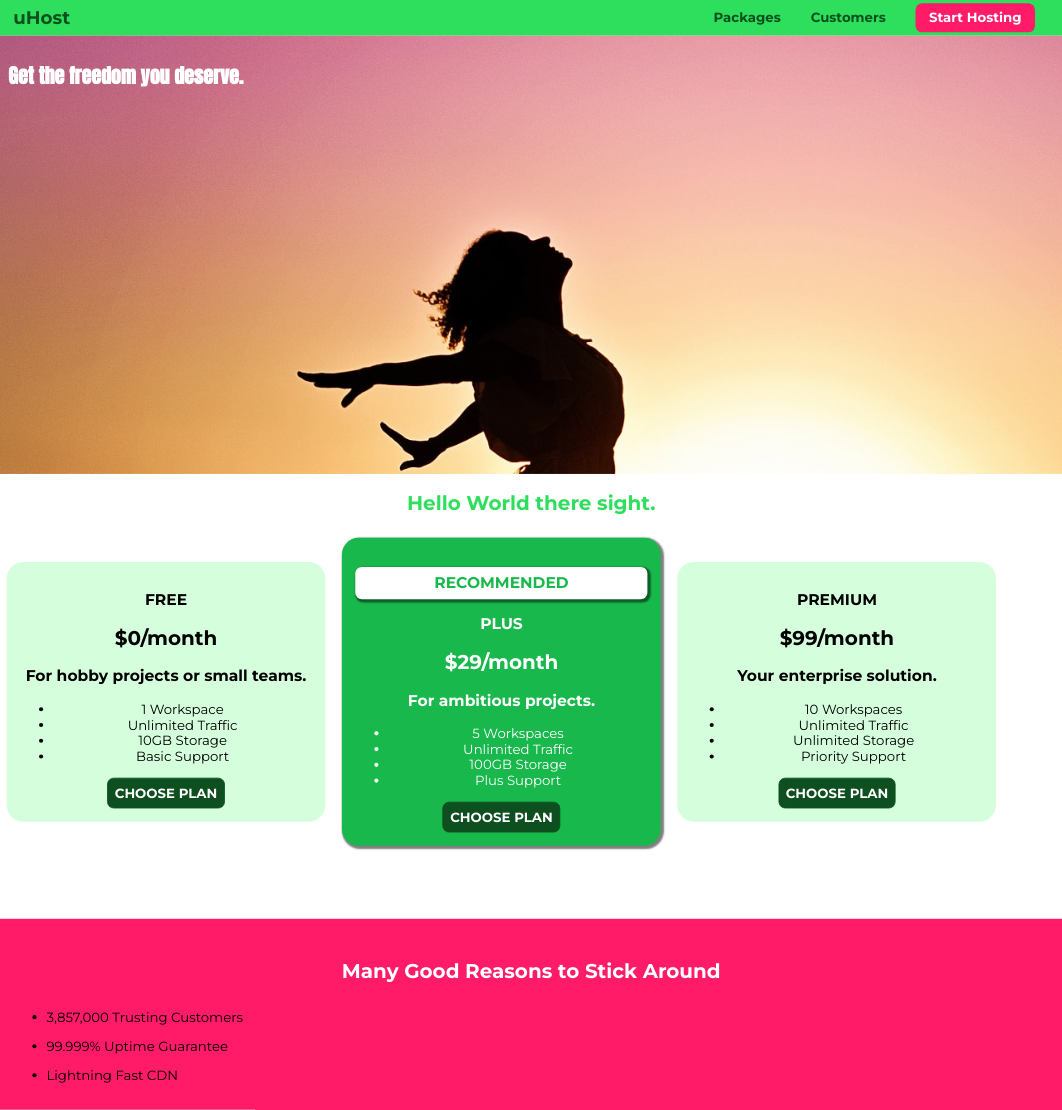
Repository: xtremer15/Css-JS
Page: Css-JS/JS and CSS Study/CSS/basics-01-understanding-the-course-project-starting-code/CSS Study/index.html
These files come from the project's save history. The page is drawn as it stood at one moment and after a run of saves; the edit follows.
The browser window is 1280 px wide. The pictures show the whole page, at 83% of full size.

Above is the page before, as saved 2020-04-01 12:50:20.

### Css-JS/JS and CSS Study/CSS/basics-01-understanding-the-course-project-starting-code/CSS Study/index.html
<!DOCTYPE html>
<html lang="en">

<head>
    <meta charset="UTF-8">
    <meta http-equiv="X-UA-Compatible" content="ie=edge">
    <title>uHost</title>
    <link rel="shortcut icon" href="favicon.png">
    <link href="https://fonts.googleapis.com/css?family=Anton" rel="stylesheet">
    <link href="https://fonts.googleapis.com/css?family=Montserrat:400,700" rel="stylesheet">
    <link rel="stylesheet" href="main.css">
</head>

<body>
    <header class="main-header">
        <div>
            <a href="index.html" class="main-header__brand">
                uHost
            </a>
        </div>
        <nav class="main-nav">
            <ul class="main-nav__items">
                <li class="main-nav__item">
                    <a href="packages/index.html">Packages</a>
                </li>
                <li class="main-nav__item">
                    <a href="customers/index.html">Customers</a>
                </li>
                <li class="main-nav__item main-nav__item--cta">
                    <a href="start-hosting/index.html">Start Hosting</a>
                </li>
            </ul>
        </nav>
    </header>
    <main>
        <section id="product-overview">
            <h1>Get the freedom you deserve.</h1>
        </section>
        <section id="plans">
            <h1 class="section-title">Hello World there sight.</h1>
            <div>
                <article class="plan">
                    <h1>FREE</h1>
                    <h2>$0/month</h2>
                    <h3>For hobby projects or small teams.</h3>
                    <ul>
                        <li>1 Workspace</li>
                        <li>Unlimited Traffic</li>
                        <li>10GB Storage</li>
                        <li>Basic Support</li>
                    </ul>
                    <div>
                        <button class="button">CHOOSE PLAN</button>
                    </div>
                </article>
                <article class="plan plan--highlighted">
                    <h1 class="plan__recommanded">RECOMMENDED</h1>
                    <h1>PLUS</h1>
                    <h2>$29/month</h2>
                    <h3>For ambitious projects.</h3>
                    <ul>
                        <li>5 Workspaces</li>
                        <li>Unlimited Traffic</li>
                        <li>100GB Storage</li>
                        <li>Plus Support</li>
                    </ul>
                    <div>
                        <button class="button">CHOOSE PLAN</button>
                    </div>
                </article>
                <article class="plan">
                    <h1>PREMIUM</h1>
                    <h2>$99/month</h2>
                    <h3>Your enterprise solution.</h3>
                    <ul>
                        <li>10 Workspaces</li>
                        <li>Unlimited Traffic</li>
                        <li>Unlimited Storage</li>
                        <li>Priority Support</li>
                    </ul>
                    <div>
                        <button class="button">CHOOSE PLAN</button>
                    </div>
                </article>
            </div>
        </section>
        <section id="key-features">
            <h1 class="section-title">Many Good Reasons to Stick Around</h1>
            <ul class="key-feature__list">
                <li class="key-feature__item">
                    <div>

                    </div>
                    <p class="key-feature__description">3,857,000 Trusting Customers</p>
                </li>
                <li class="key-feature__item">
                    <div>

                    </div>
                    <p class="key-feature__description">99.999% Uptime Guarantee</p>
                </li>
                <li class="key-feature__item">
                    <div>

                    </div>
                    <p class="key-feature__description">Lightning Fast CDN</p>
                </li>
            </ul>
        </section>
    </main>
</body>

</html>

### Css-JS/JS and CSS Study/CSS/basics-01-understanding-the-course-project-starting-code/CSS Study/main.css
* {
  box-sizing: border-box;
}

body {
  font-family: "Montserrat", sans-serif;
  margin: 0;
}

#product-overview {
  background: url("freedom.jpg");
  width: 100%;
  height: 528px;
  padding: 10px;
}

.section-title {
  color: #2ddf5c;
  text-align: center;
}

#product-overview h1 {
  color: white;
  font-family: "Anton", sans-serif;
}

.plan {
  background: #d5ffdc;
  text-align: center;
  padding: 16px;
  margin: 8px;
  display: inline-block;
  width: 30%;
  vertical-align: middle;
  border-radius: 20px;
}

.plan--highlighted {
  background-color: #19b84c;
  color: white;
  box-shadow: 2px 2px 2px 2px rgba(0, 0, 0, 0.5);
}

.plan__recommanded {
  background: white;
  color: #19b84c;
  padding: 8px;
  box-shadow: 2px 2px 2px 2px rgba(0, 0, 0, 0.5);
  border-radius: 8px;
}

.button {
  background: #0e4f1f;
  color: #fff;
  font: inherit;
  border: 1px solid #0e4f1f;
  padding: 8px;
  border-radius: 8px;
  font-weight: bold;
  cursor: pointer;
}

button:hover,
button:active {
  background: white;
  color: #0e4f1f;
}

.button:focus {
  outline: none;
}

#key-features {
  background: #ff1b68;
  margin-top: 80px;
  padding: 16px;
}

#key-features .section-title {
  color: white;
  margin: 32px;
}



/* h1 {
  font-family: sans-serif;
} */

.main-header {
  width: 100%;
  background: #2ddf5c;
  padding: 8px 16px;
}

.main-header > div {
  display: inline-block;
  vertical-align: middle;
}

.main-header__brand {
  color: #0e4f1f;
  text-decoration: none;
  font-weight: bold;
  font-size: 22px;
}

.main-nav {
  display: inline-block;
  text-align: right;
  width: calc(100% - 74px);
  vertical-align: middle;
}

.main-nav__items {
  margin: 0;
  padding: 0;
  list-style: none;
}

.main-nav__item {
  display: inline-block;
  margin: 0 16px;
}

.main-nav__item a {
  text-decoration: none;
  color: #0e4f1f;
  font-weight: bold;
  padding: 3px 0;
}

.main-nav__item a:hover,
.main-nav__item a:active {
  color: white;
  border-bottom: 5px solid white;
}

.main-nav__item--cta a {
  color: white;
  background: #ff1b68;
  padding: 8px 16px;
  border-radius: 8px;
}

.main-nav__item--cta a:hover,
.main-nav__item--cta a:active {
  color: #ff1b68;
  background: white;
  border: none;
}

After the next 20 saves:
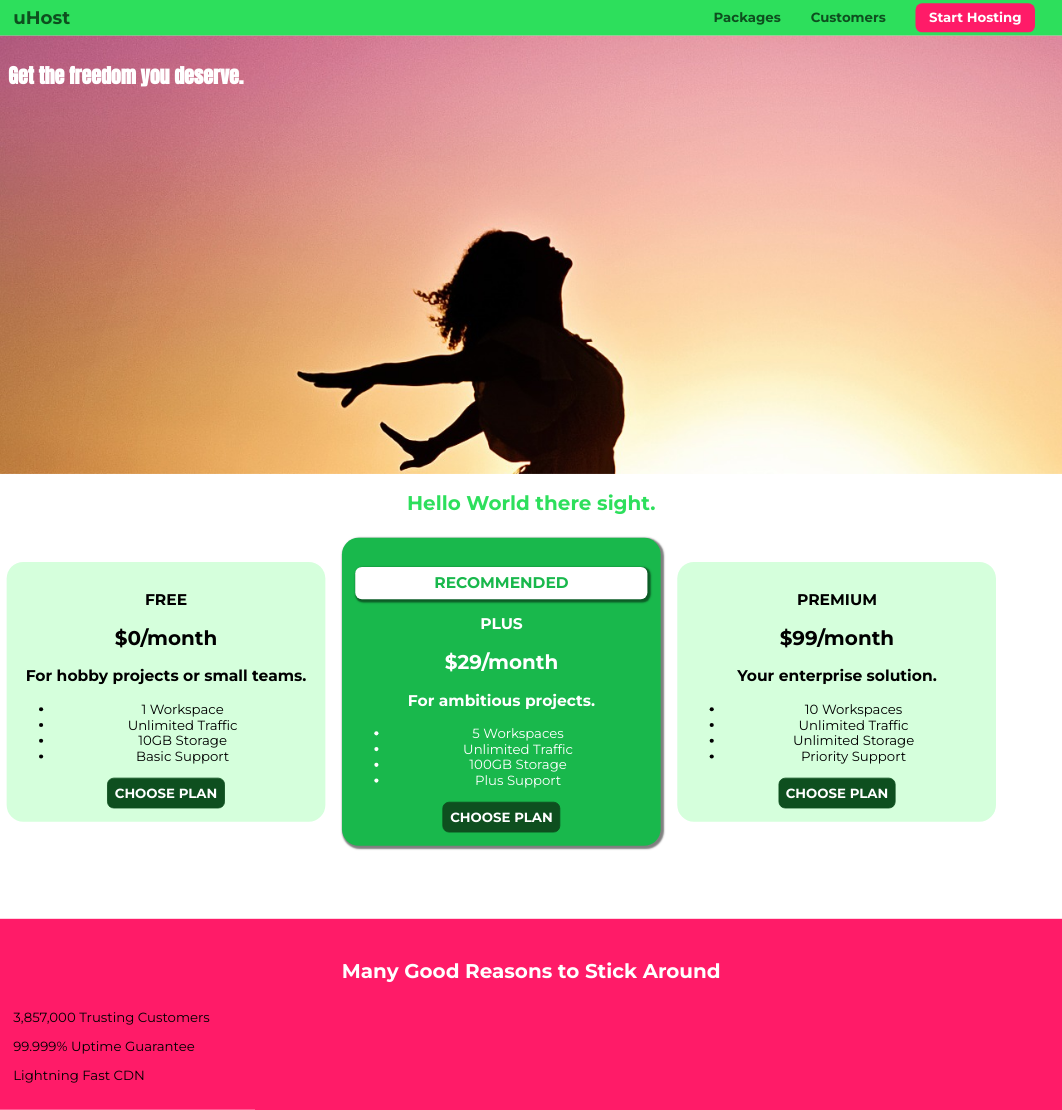
The 20 saves are shown as one change because they came seconds apart.
The last was saved 27 s later.
--- a/Css-JS/JS and CSS Study/CSS/basics-01-understanding-the-course-project-starting-code/CSS Study/main.css
+++ b/Css-JS/JS and CSS Study/CSS/basics-01-understanding-the-course-project-starting-code/CSS Study/main.css
@@ -81,7 +81,11 @@ button:active {
   margin: 32px;
 }
 
-
+.key-feature__list {
+  list-style: none;
+  margin: 0;
+  padding: 0;
+}
 
 /* h1 {
   font-family: sans-serif;
